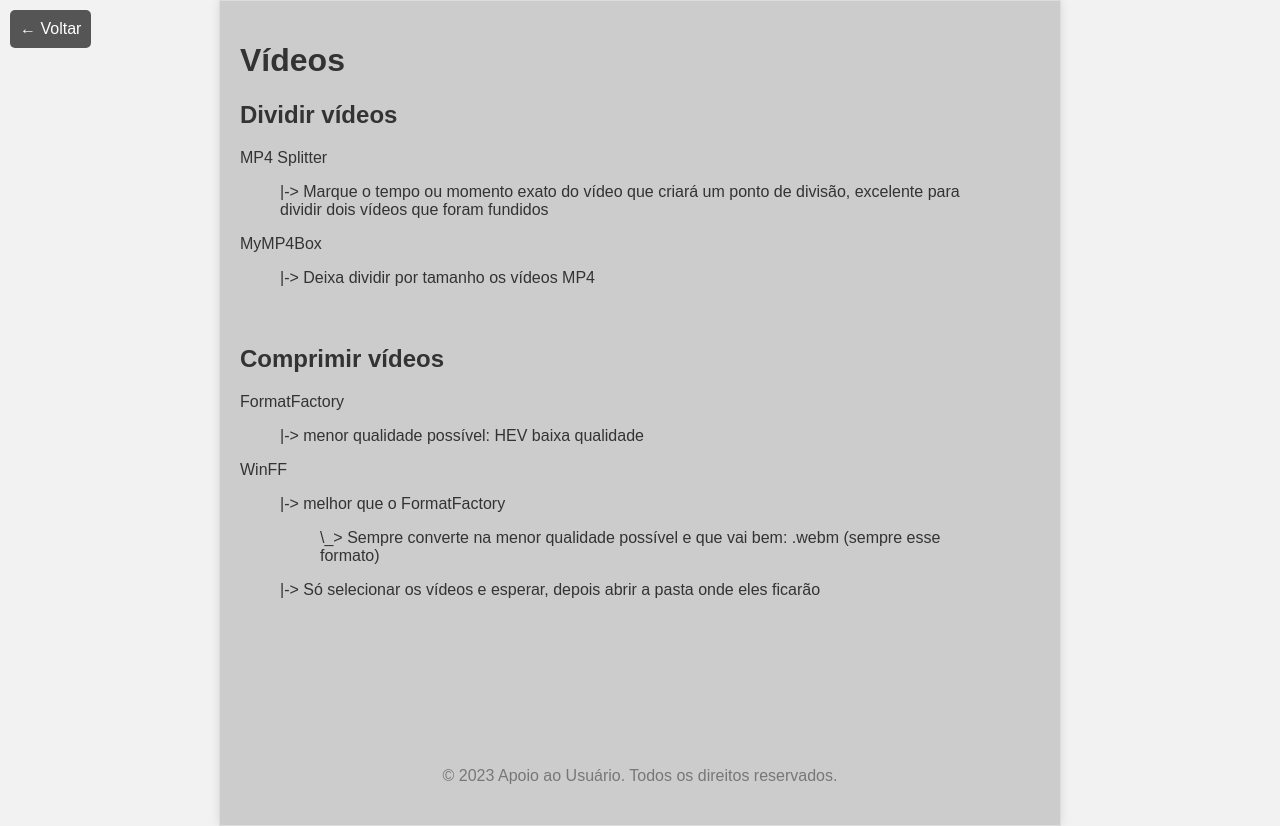
Repository: I4guito/dicasdez
Page: Dicas site/Dicas/sobrevideos.html
These files come from the project's save history. The page is drawn as it stood at one moment and after the next save; the edit follows.
The browser window is 1280 px wide. The pictures show the whole page.

Above is the page before, as saved 2023-12-07 15:36:55.

After the next save:
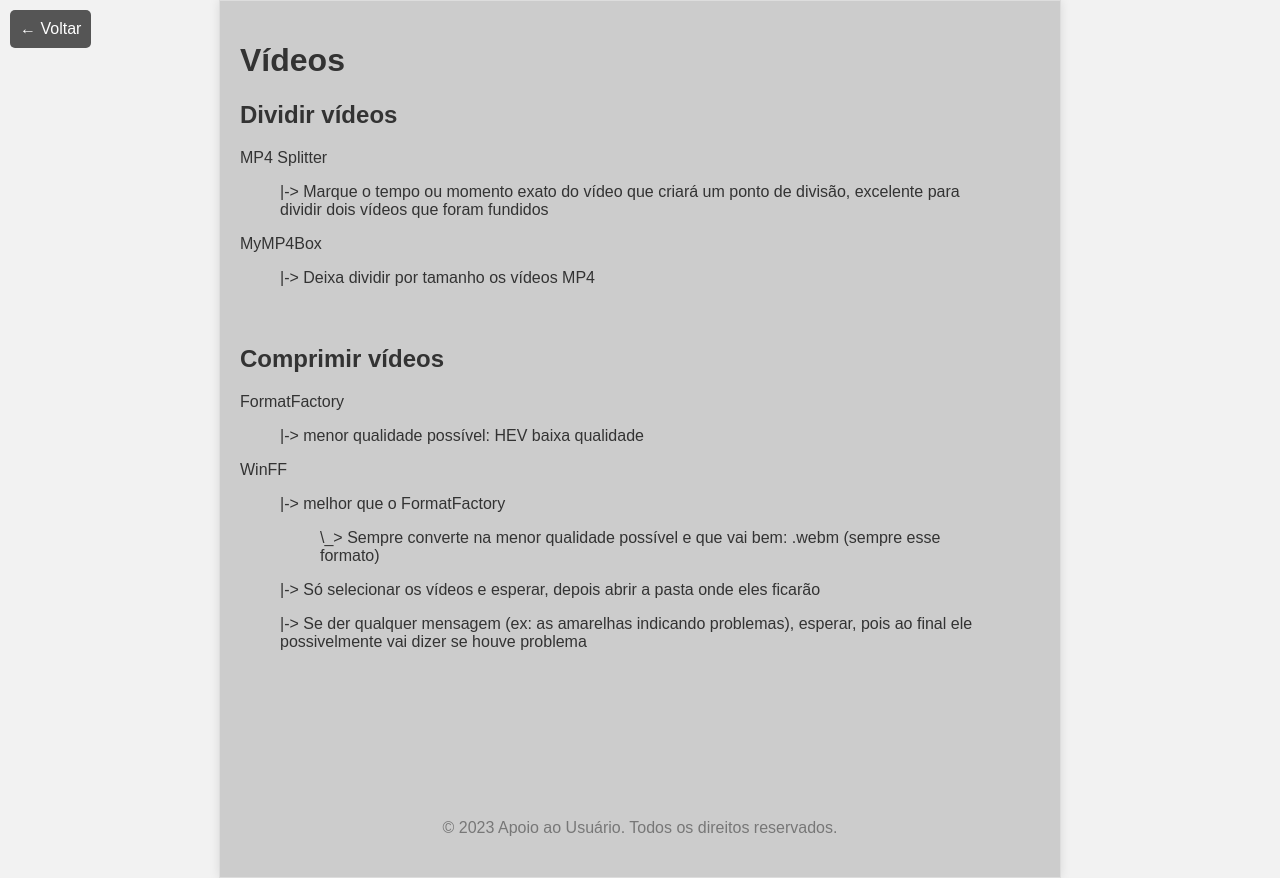
Saved 85 s later.
--- a/Dicas site/Dicas/sobrevideos.html
+++ b/Dicas site/Dicas/sobrevideos.html
@@ -36,7 +36,7 @@
                         <blockquote>\_> Sempre converte na menor qualidade possível e que vai bem: .webm (sempre esse formato)</blockquote>
                     </blockquote>
                     <blockquote>|-> Só selecionar os vídeos e esperar, depois abrir a pasta onde eles ficarão</blockquote>
-                    <blockquote></blockquote>
+                    <blockquote>|-> Se der qualquer mensagem (ex: as amarelhas indicando problemas), esperar, pois ao final ele possivelmente vai dizer se houve problema</blockquote>
                 </li>
             </ul>
         </section><br>
